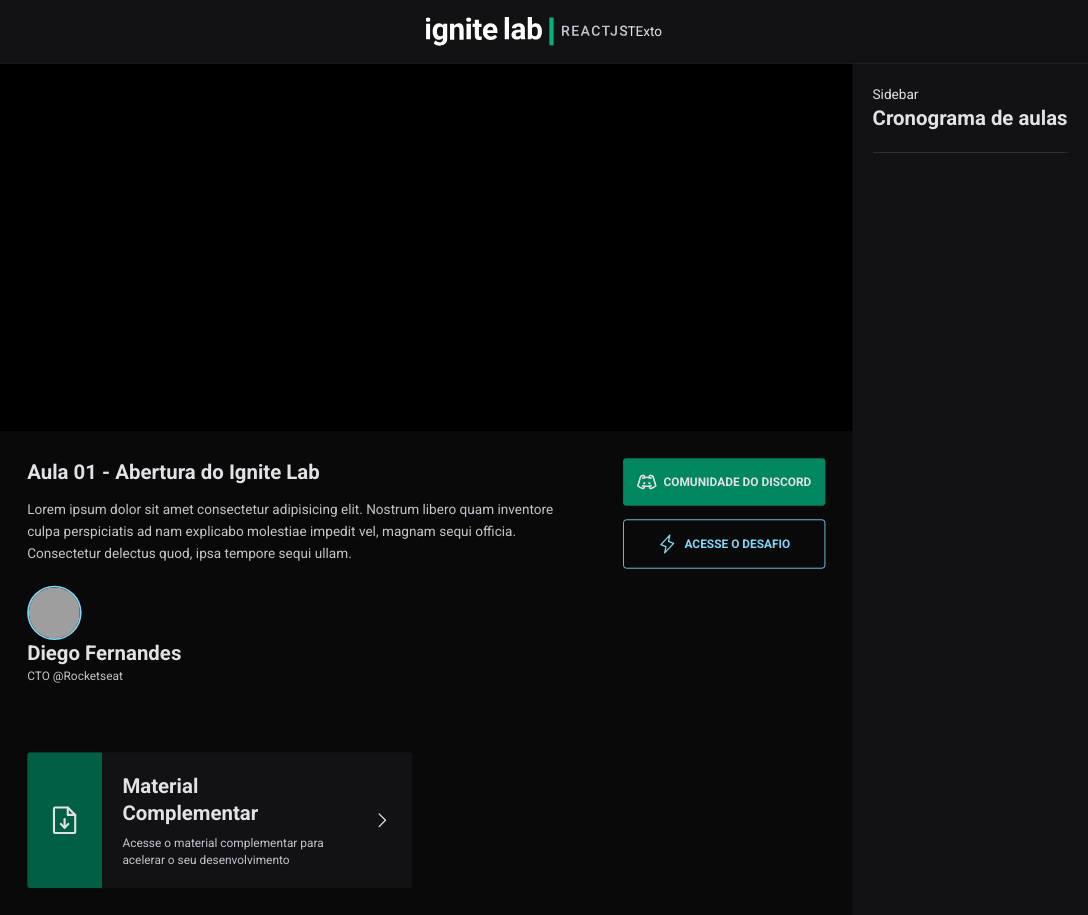
Repository: weltergab/Event_Plataform-IgniteLab
Page: /
The author's editor kept a copy of each file at every save. The page is drawn from the files as they stood at one save, then again after the next save.
The browser window is 1280 px wide. The pictures show the whole page, at 85% of full size.
Pictures or frames that could not be fetched are drawn as grey boxes. The page's requests for data from a server got no answer. The project was rebuilt for these pictures with package versions that can differ from the ones it lists, and the page was loaded fresh each time. No one was signed in, and anything a server would have sent is missing. Also part of the build but not shown: vite.config.ts, src/components/Lesson.tsx.

Above is the page before, as saved 2022-06-25 20:41:18.

After the next save:
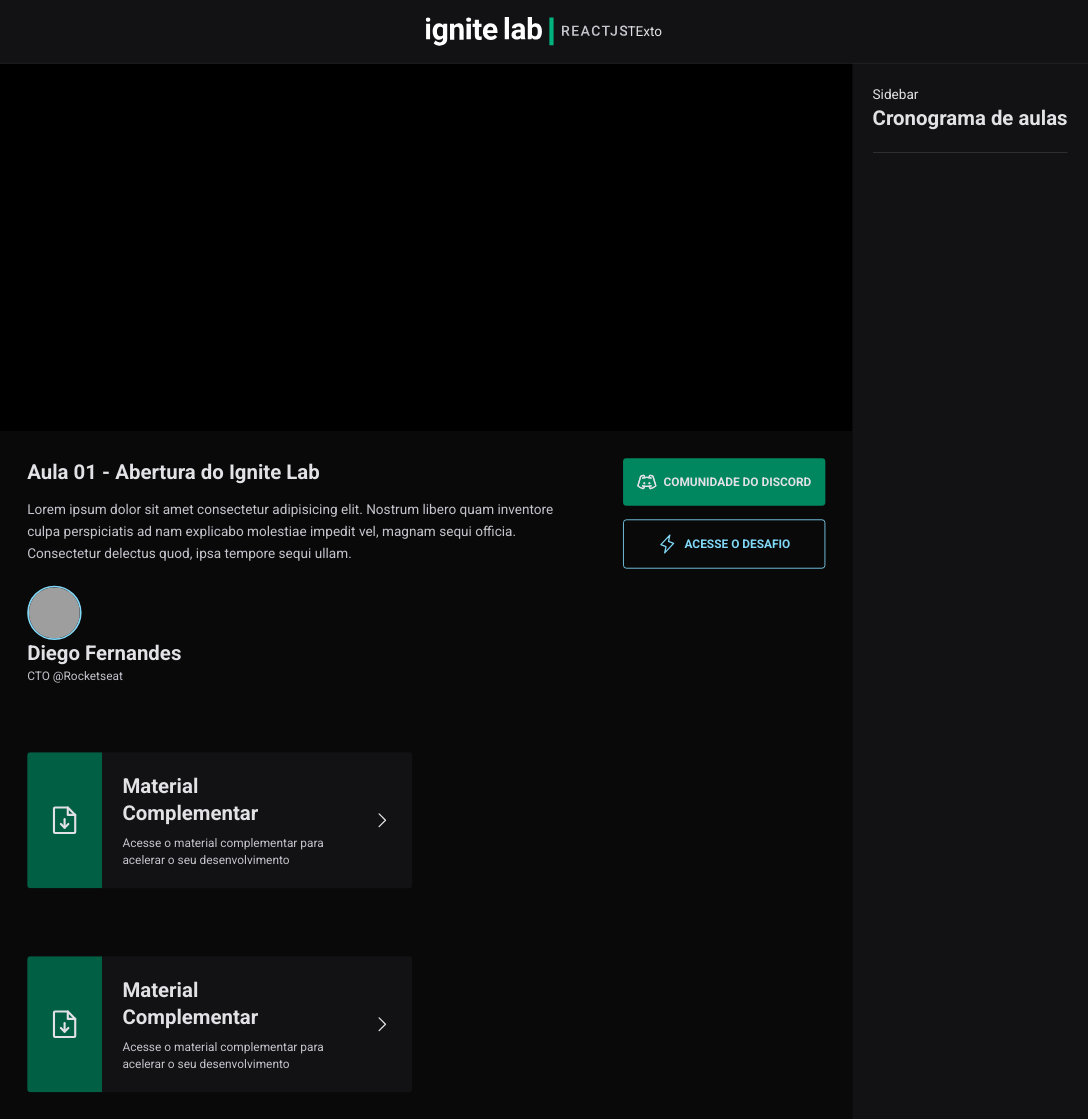
Saved 15 s later.
--- a/src/components/Video.tsx
+++ b/src/components/Video.tsx
@@ -55,6 +55,22 @@
                         </div>
                     </a>
                 </div>
+                <div className="gap-8 mt-20 grid grid-cols-2">
+                    <a href="" className="bg-gray-700 rounded overflow-hidden flex items-stretch gap-6 hover:bg-gray-600 transition-colors">
+                        <div className="bg-green-700 h-full p-6 flex items-center">
+                            <FileArrowDown size={40} />
+                        </div>
+                        <div className="py-6 leading-relaxed">
+                            <strong className="text-2xl">Material Complementar</strong>
+                            <p className="text-sm text-gray-200 mt-2">
+                                Acesse o material complementar para acelerar o seu desenvolvimento
+                            </p>
+                        </div>
+                        <div className="h-full p-6 flex items-center">
+                            <CaretRight size={24} />
+                        </div>
+                    </a>
+                </div>
             </div>
         </div>
     )
